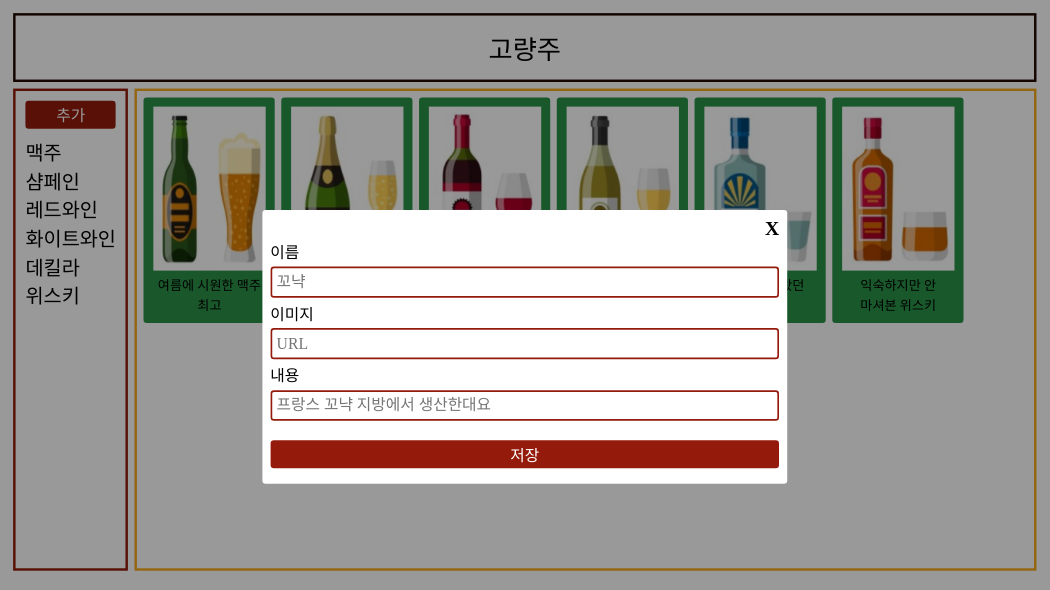
Repository: Jay-JYKim91/grj_2nd_week
Page: index.html
The author's editor kept a copy of each file at every save. The page is drawn from the files as they stood at one save, then again after the next save.
The browser window is 1280 px wide. The pictures show the whole page, at 82% of full size.
An inner scrolling area shows only its first screen. Some web fonts or font styles are not loaded; a fallback is used.

Above is the page before, as saved 2022-05-16 16:58:34.

After the next save:
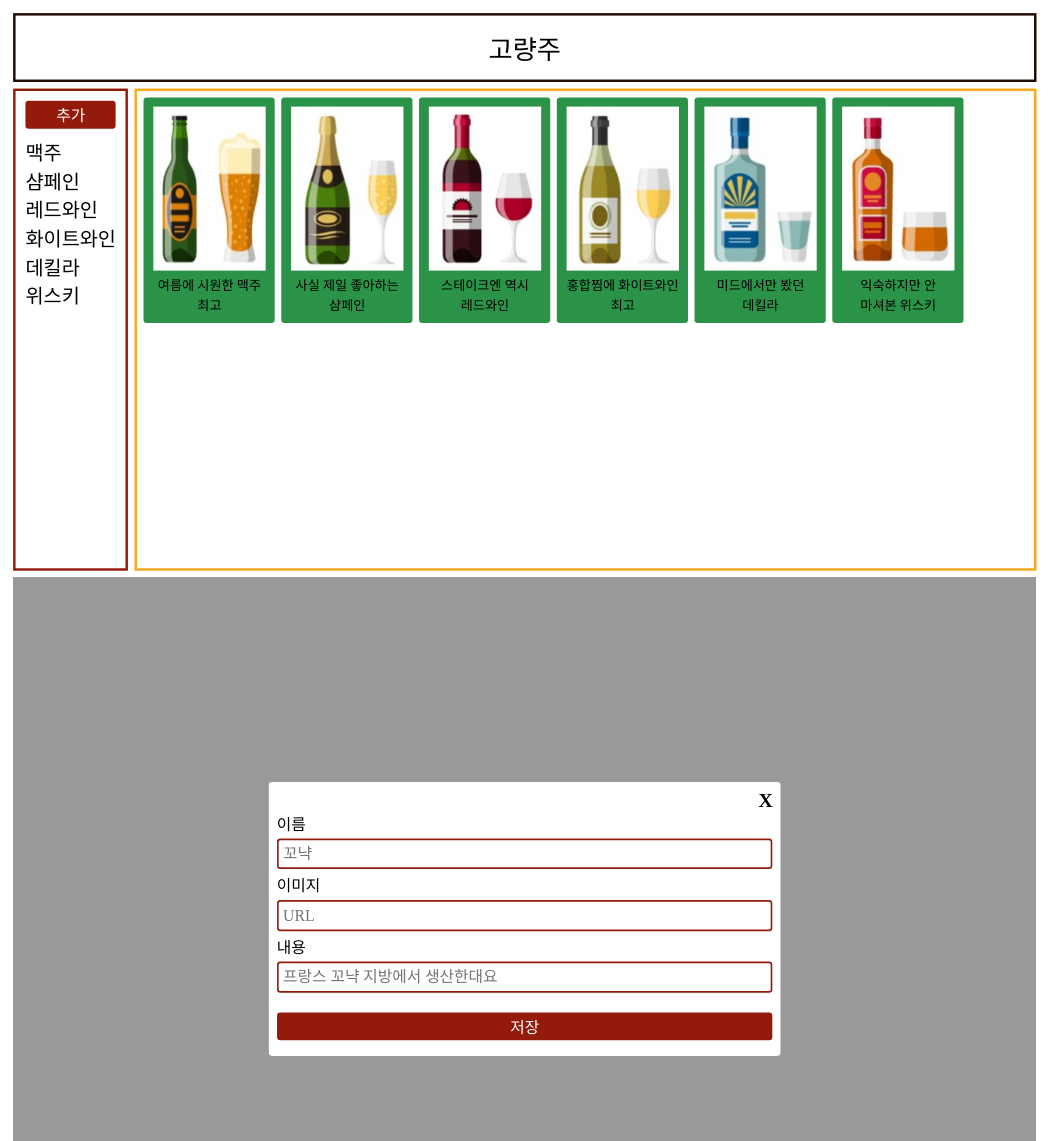
Saved 2 min 13 s later.
--- a/styles.css
+++ b/styles.css
@@ -101,7 +101,7 @@
 /* The Modal (background) */
 .modal {
   /* display: none; Hidden by default */
-  position: fixed; /* Stay in place */
+  position: relative; /* Stay in place */
   z-index: 1; /* Sit on top */
   left: 0;
   top: 0;

After the save that followed:
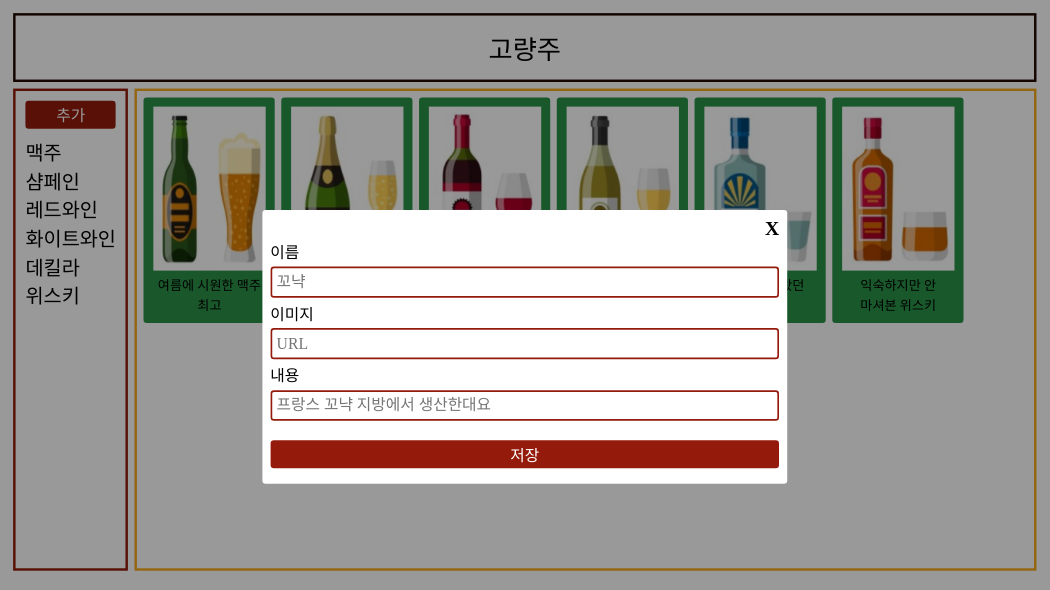
Saved 29 s later.
--- a/styles.css
+++ b/styles.css
@@ -101,7 +101,7 @@
 /* The Modal (background) */
 .modal {
   /* display: none; Hidden by default */
-  position: relative; /* Stay in place */
+  position: fixed; /* Stay in place */
   z-index: 1; /* Sit on top */
   left: 0;
   top: 0;
@@ -114,6 +114,7 @@
 
 /* Modal Content/Box */
 .modal-content {
+  position: relative;
   background-color: white;
   margin: 20% auto; /* 15% from the top and centered */
   padding: 0.5em;
